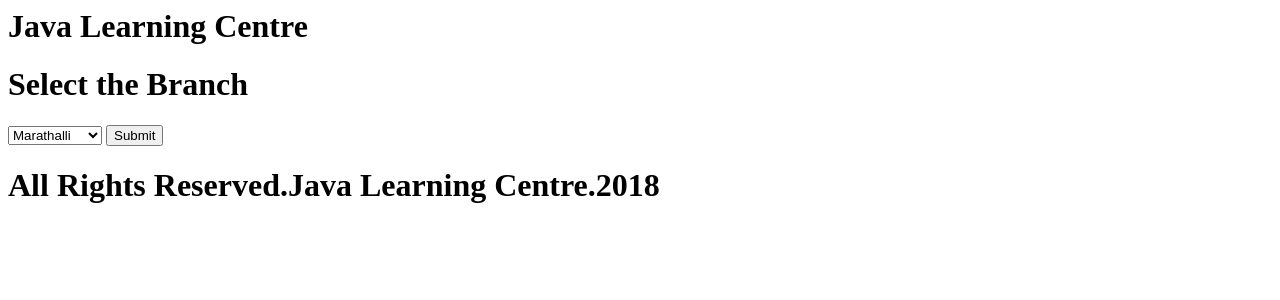
Repository: argho1990/Coursecube-B19
Page: http://localhost/Lab10/mth.jsp
These files come from the project's save history. The page is drawn as it stood at one moment and after the next save; the edit follows.
The browser window is 1280 px wide. The pictures show the whole page.
The page is served by Tomcat 9.

Above is the page before, as saved 2018-11-23 21:06:13.

After the next save:
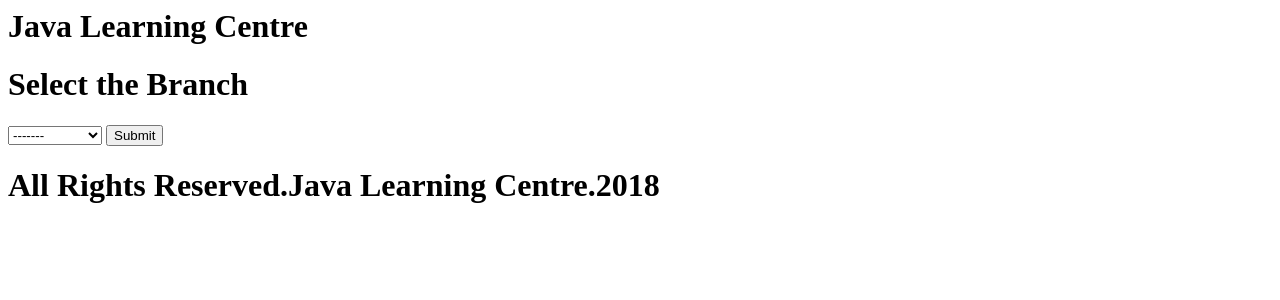
Saved 2 min 2 s later.
--- a/JSP/Lab10/WebContent/mth.jsp
+++ b/JSP/Lab10/WebContent/mth.jsp
@@ -7,6 +7,7 @@
 <form action=""test.jsp">
 <h1>Select the Branch</h1>
 <select name="branch">
+<option value="None">-------</option>
 <option value="MTH">Marathalli</option>
 <option value="KLN">Kalyanagar</option>
 <option value="BTM">BTM Layout</option>
